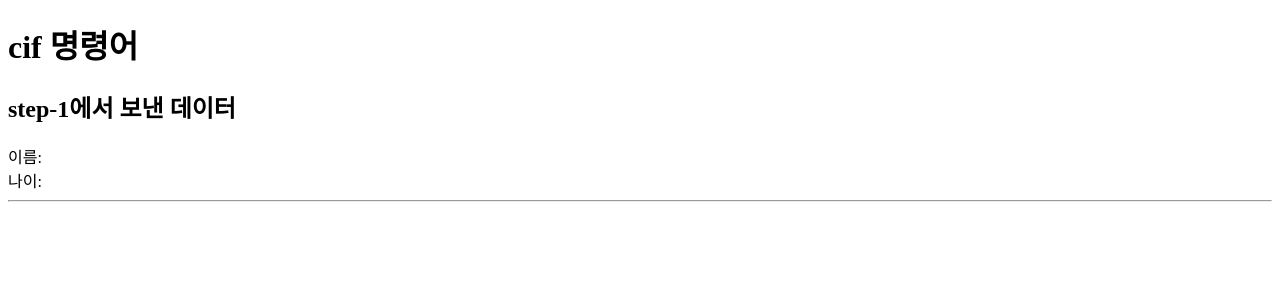
Repository: hwimi/2024-04-12
Page: http://localhost/jstl_study/step-2.jsp
An editor plug-in stored every save of this project. The page is shown before and after the next save, followed by the edit.
The browser window is 1280 px wide. The pictures show the whole page.
The page is served by Tomcat 9. Other server files are loaded and not shown.

Above is the page before, as saved 2024-04-11 02:55:18.

### jstl_study/src/main/webapp/step-2.jsp
<%@ page language="java" contentType="text/html; charset=UTF-8"
	pageEncoding="UTF-8"%>
	<%@ taglib uri="http://java.sun.com/jsp/jstl/core" prefix="c"%>
<!DOCTYPE html>
<html>
<head>
<meta charset="UTF-8">
<title>Insert title here</title>
</head>
<body>
	<h1>cif 명령어</h1>
	<!-- query String 에서 보낸 데이터 받기 param.key -->
	<h2>step-1에서 보낸 데이터</h2>
	이름: ${param.name }<br>
	나이: ${param.age }<br>

	<hr>
	<c:if test="true">
	 <h2></h2>
	</c:if>
</body>
</html>

After the next save:
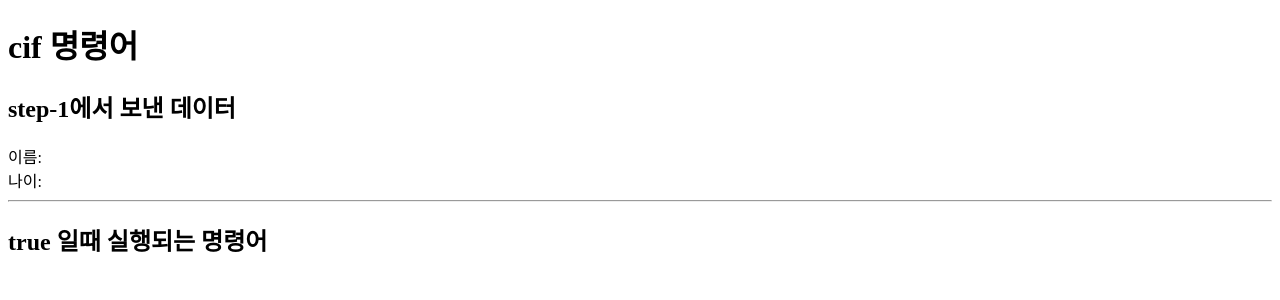
Saved 6 s later.
--- a/jstl_study/src/main/webapp/step-2.jsp
+++ b/jstl_study/src/main/webapp/step-2.jsp
@@ -16,7 +16,7 @@
 
 	<hr>
 	<c:if test="true">
-	 <h2></h2>
+	 <h2>true 일때 실행되는 명령어</h2>
 	</c:if>
 </body>
 </html>

After the save that followed:
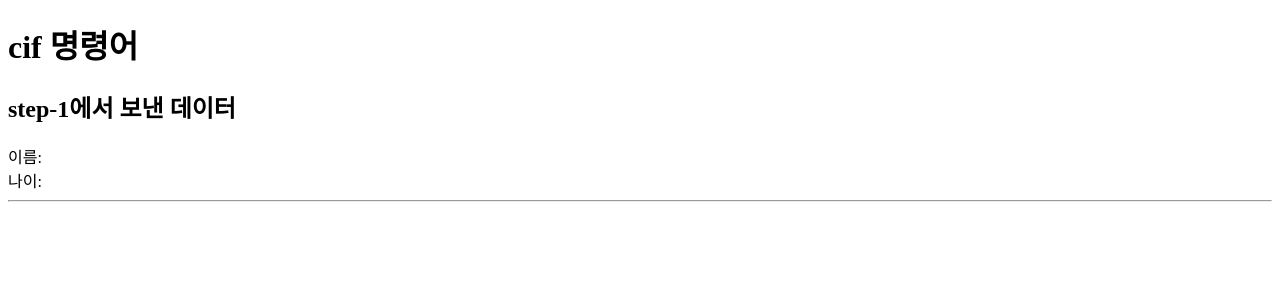
Saved 26 s later.
--- a/jstl_study/src/main/webapp/step-2.jsp
+++ b/jstl_study/src/main/webapp/step-2.jsp
@@ -15,7 +15,7 @@
 	나이: ${param.age }<br>
 
 	<hr>
-	<c:if test="true">
+	<c:if test="false">
 	 <h2>true 일때 실행되는 명령어</h2>
 	</c:if>
 </body>
